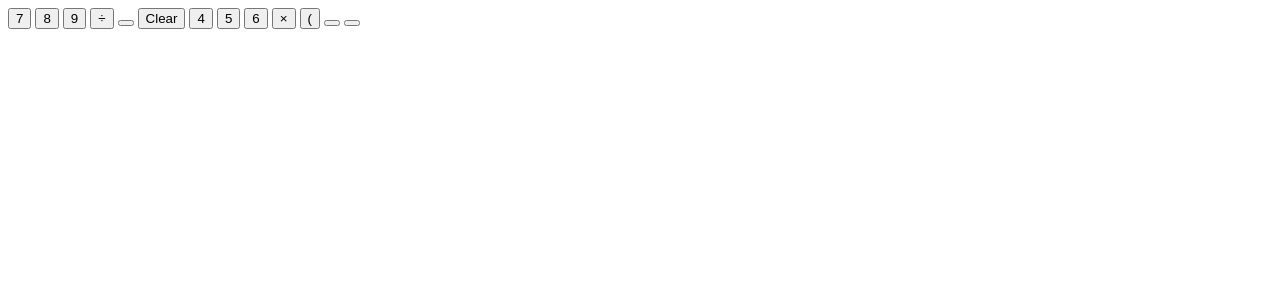
Repository: z1youRA/MyCalculator
Page: index.html
These files come from the project's save history. The page is drawn as it stood at one moment and after the next save; the edit follows.
The browser window is 1280 px wide. The pictures show the whole page.

Above is the page before, as saved 2021-12-19 13:55:30.

After the next save:
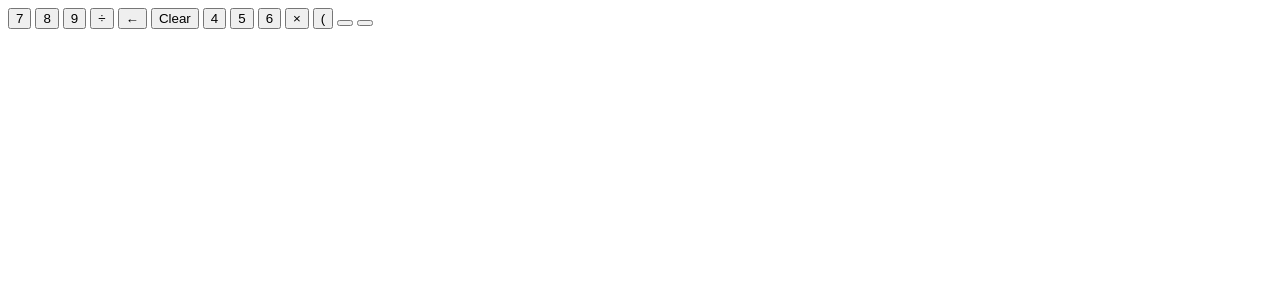
Saved 27 s later.
--- a/index.html
+++ b/index.html
@@ -13,7 +13,7 @@
         <button>8</button>
         <button>9</button>
         <button>÷</button>
-        <button></button>
+        <button>←</button>
         <button>Clear</button>
         <button>4</button>
         <button>5</button>
